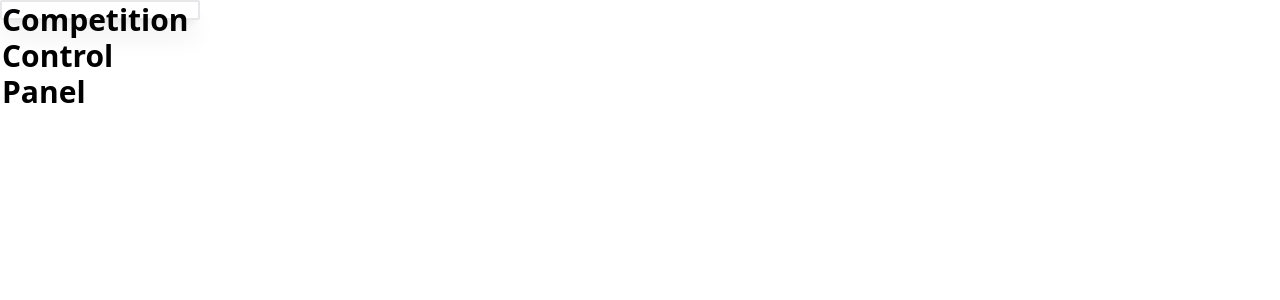
Repository: techieRahul17/blackoutscreen
Page: public/admin1.html
The author's editor kept a copy of each file at every save. The page is drawn from the files as they stood at one save, then again after the next save.
The browser window is 1280 px wide. The pictures show the whole page.
Some web libraries are served in a nearby version.

Above is the page before, as saved 2025-08-28 19:18:28.

### public/admin1.html
<!DOCTYPE html>
<html>
<head>
    <title>Admin Page</title>
    <script src="https://cdn.tailwindcss.com"></script>
    <div>
      <div class="w-[200px] h-[20px] rounded-sm border-2 shadow-xl">
       <h1 class="text-3xl font-bold text-black">Competition Control Panel</h1>


    </div>

    </div>
</head>
<body>

</body>





</html>

After the next save:
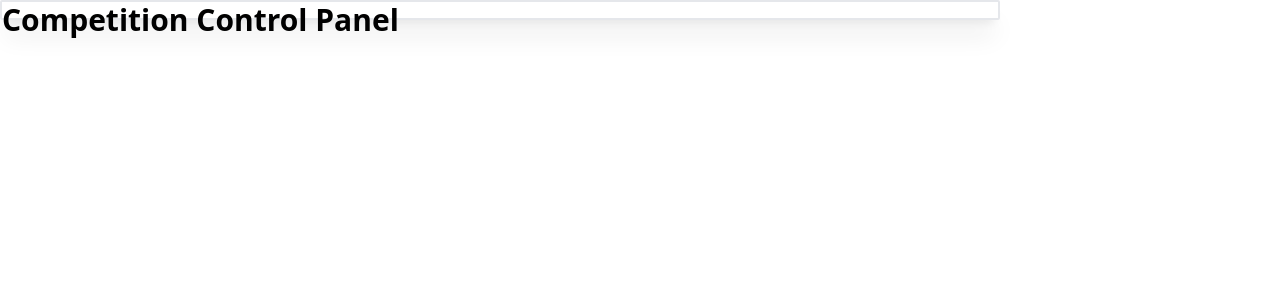
Saved 10 s later.
--- a/public/admin1.html
+++ b/public/admin1.html
@@ -4,7 +4,7 @@
     <title>Admin Page</title>
     <script src="https://cdn.tailwindcss.com"></script>
     <div>
-      <div class="w-[200px] h-[20px] rounded-sm border-2 shadow-xl">
+      <div class="w-[1000px] h-[20px] rounded-sm border-2 shadow-xl">
        <h1 class="text-3xl font-bold text-black">Competition Control Panel</h1>
 
 
